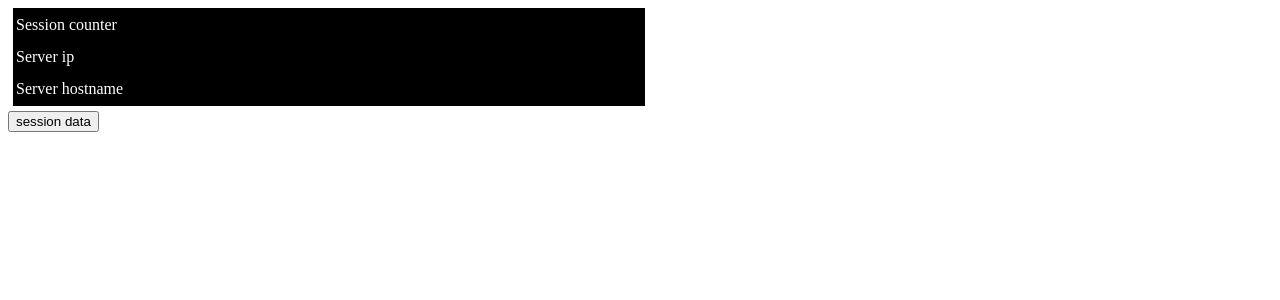
Repository: centraltechhub/DemoApplications
Page: sessionwebapp/src/main/webapp/ServerDetails.html
An editor plug-in stored every save of this project. The page is shown before and after the next save, followed by the edit.
The browser window is 1280 px wide. The pictures show the whole page.
Some web libraries are served in a nearby version.

Above is the page before, as saved 2022-11-24 07:35:07.
Console error (its wording comes from the project's code and is left out).
Not found: sessionwebapp/src/main/webapp/SystemDetails.js

After the next save:
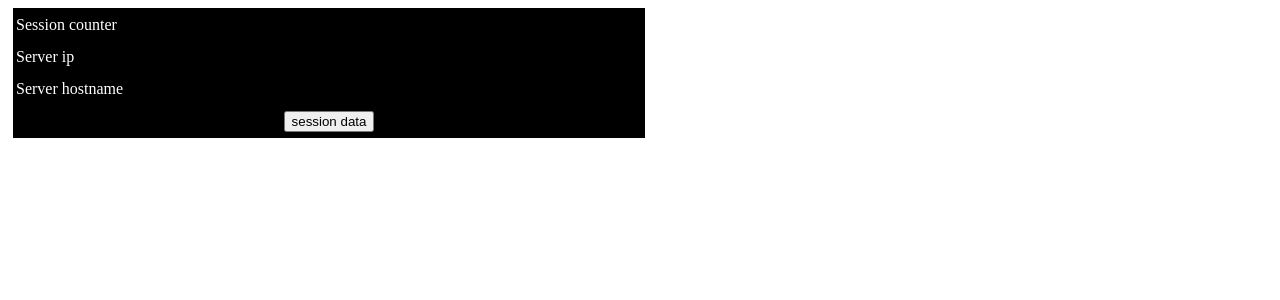
Saved 2 min 19 s later.
--- a/sessionwebapp/src/main/webapp/ServerDetails.html
+++ b/sessionwebapp/src/main/webapp/ServerDetails.html
@@ -5,28 +5,30 @@
 <link href="ServerDetails.css" rel="stylesheet" type="text/css">
 </head>
 <script src="https://ajax.googleapis.com/ajax/libs/angularjs/1.6.9/angular.min.js"></script>
-<script src="SystemDetails.js"></script>
+<script src="ServerDetails.js"></script>
 
 <body>
 <div ng-app="ServerModule" ng-controller="ServerController">
 
-<table>
+<table >
 <tr  >
 <td>Session counter</td>
 <td  ng-bind="server.sessionCounter" />
 
 <tr>
 <td>Server ip</td>
-<td ng-bind="server.ip" />
+<td ng-bind="server.ipAddress" />
 </tr>
 
 <tr>
 <td>Server hostname</td>
-<td ng-bind="server.hostname" />
+<td ng-bind="server.hostName" />
 
 </tr>
+<td colspan="2" align="center"><input type="button" ng-click="alertData()" value="session data" /></td>
+
 </table>
-<input type="button" ng-click="alertData()" value="session data" />
+
 </div>
 </body>
 </html>
